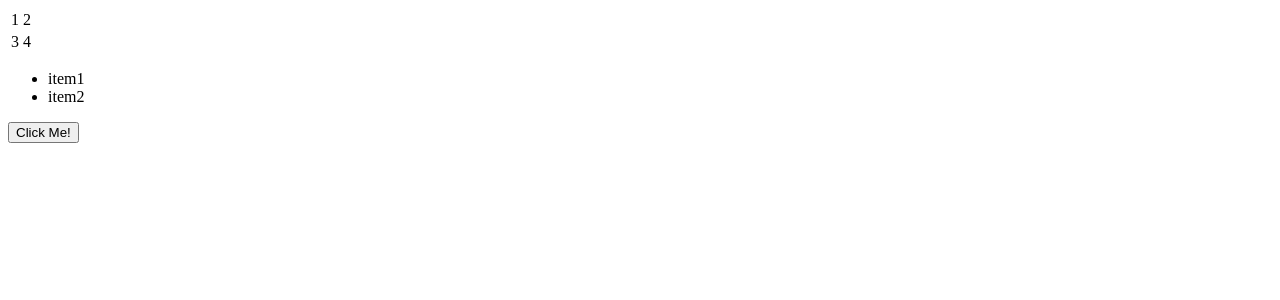
Repository: gpuhalev/InternetProgramming
Page: 04_SampleJQueryHomework/WebContent/index.html
The author's editor kept a copy of each file at every save. The page is drawn from the files as they stood at one save, then again after the next save.
The browser window is 1280 px wide. The pictures show the whole page.
After loading, the first visible `#button` was clicked once.
Some web libraries are served in a nearby version.

Above is the page before, as saved 2014-11-29 16:56:02.

### 04_SampleJQueryHomework/WebContent/index.html
<!DOCTYPE html PUBLIC "-//W3C//DTD XHTML 1.0 Transitional//EN" "http://www.w3.org/TR/xhtml1/DTD/xhtml1-transitional.dtd">
<html xmlns="http://www.w3.org/1999/xhtml">
<head>
<meta http-equiv="Content-Type" content="text/html; charset=utf-8" />
<title>JQuery Homework 1</title>
<script src="http://ajax.googleapis.com/ajax/libs/jquery/1.11.1/jquery.min.js"></script>
</head>

<body>
	<table id="numbers" class="pretty">
		<tr>
			<td>1</td>
			<td>2</td>
		</tr>
		<tr>
			<td>3</td>
			<td>4</td>
		</tr>
	</table>

	<ul id="list1">
		<li class="pretty">item1</li>
		<li class="pretty">item2</li>
	</ul>
    <button id="button">Click Me!</button>
	<script>
		$(document).ready(function(){
			$("#button").click(function(){
			   	alert("Clicked");
			});
		});
	</script>
</body>
</html>

After the next save:
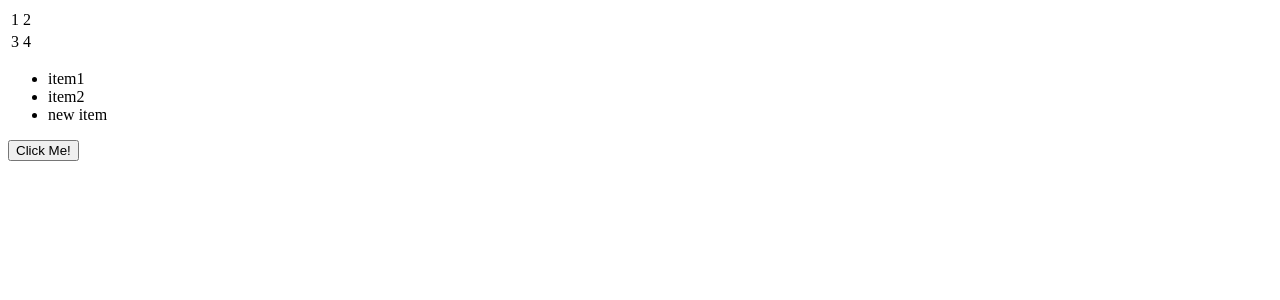
Saved 51 s later.
--- a/04_SampleJQueryHomework/WebContent/index.html
+++ b/04_SampleJQueryHomework/WebContent/index.html
@@ -26,7 +26,7 @@
 	<script>
 		$(document).ready(function(){
 			$("#button").click(function(){
-			   	alert("Clicked");
+			   	$("#list1").append("<li class='pretty'>new item</li>");
 			});
 		});
 	</script>
